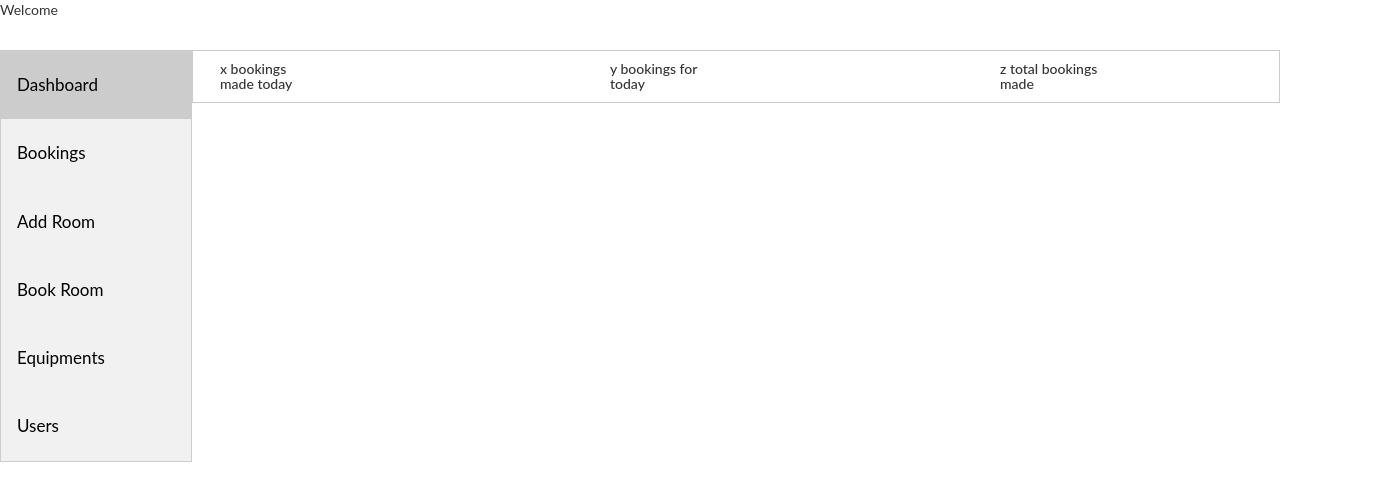
Repository: abhi608/visa_tutorial
Page: meetingroomapp/src/main/resources/static/dashboardView.html
These files come from the project's save history. The page is drawn as it stood at one moment and after the next save; the edit follows.
The browser window is 1280 px wide. The page is 1375 px wide, so the pictures cover 1375 px, including what lies to the right of the window. The pictures show the whole page.

Above is the page before, as saved 2018-08-07 07:42:30.

After the next save:
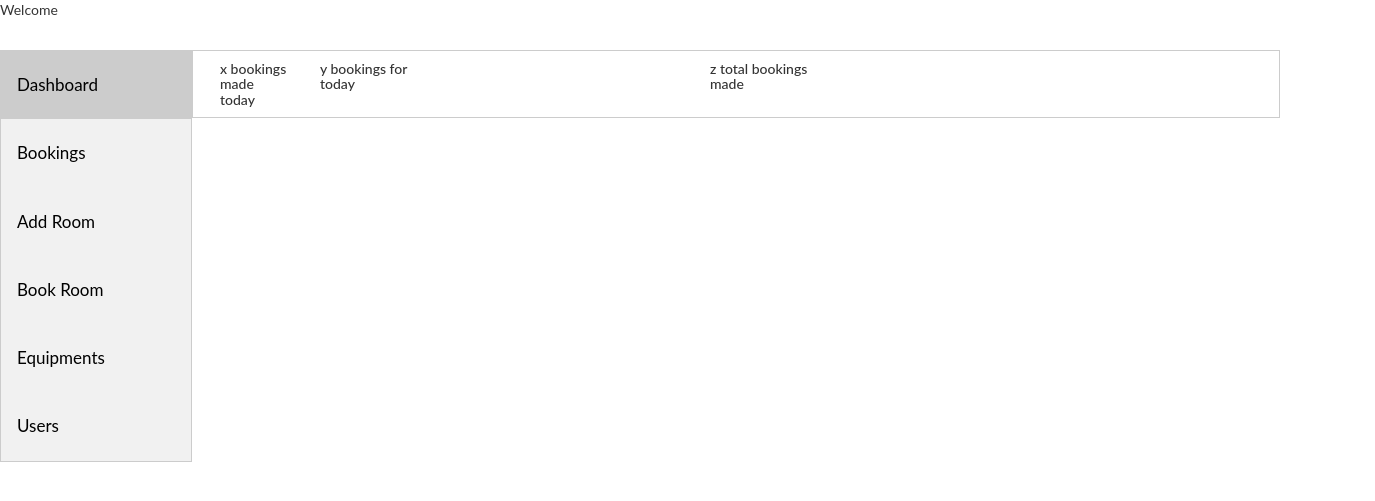
Saved 77 s later.
--- a/meetingroomapp/src/main/resources/static/dashboardView.html
+++ b/meetingroomapp/src/main/resources/static/dashboardView.html
@@ -76,13 +76,11 @@
 <div id="Dashboard" class="tabcontent">
   <div class="container">
 	  <div class="row">
-	    <div class="col-sm-4">
-	      <div class="card" style="width: 10rem;">
+	      <div class="card col-sm-4" style="width: 10rem;">
   			<div class="card-body">
     			<h5 class="card-title">x bookings made today</h5>
   			</div>
 		  </div>
-	    </div>
 	    <div class="col-sm-4">
 	      <div class="card" style="width: 10rem;">
   			<div class="card-body">

After the save that followed:
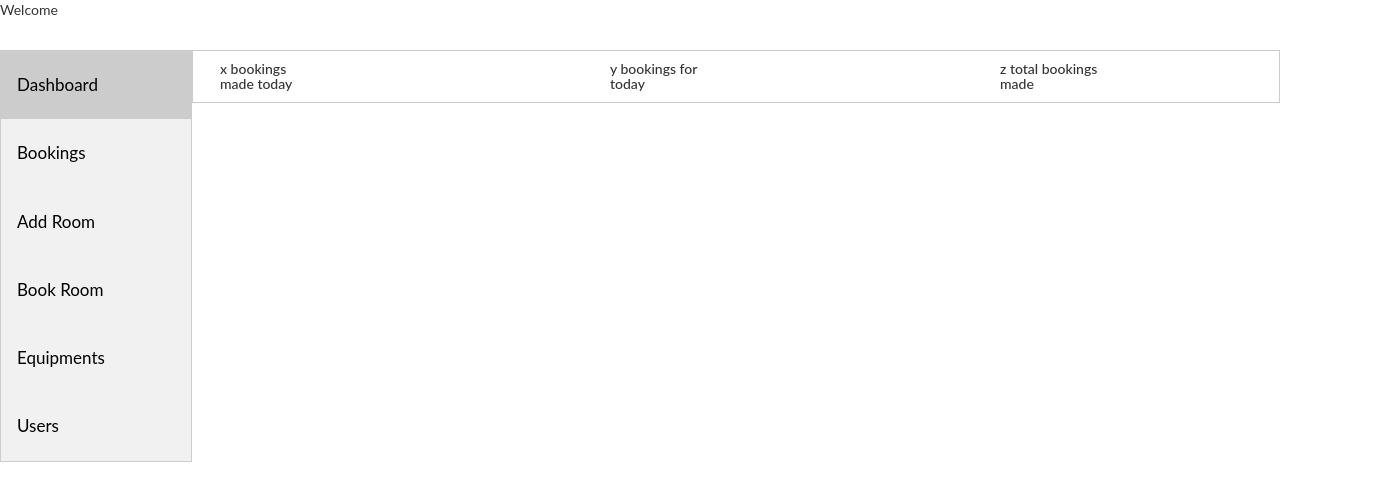
Saved 52 s later.
--- a/meetingroomapp/src/main/resources/static/dashboardView.html
+++ b/meetingroomapp/src/main/resources/static/dashboardView.html
@@ -76,11 +76,13 @@
 <div id="Dashboard" class="tabcontent">
   <div class="container">
 	  <div class="row">
-	      <div class="card col-sm-4" style="width: 10rem;">
+	    <div class="col-sm-4">
+	      <div class="card" style="width: 10rem;">
   			<div class="card-body">
     			<h5 class="card-title">x bookings made today</h5>
   			</div>
 		  </div>
+	    </div>
 	    <div class="col-sm-4">
 	      <div class="card" style="width: 10rem;">
   			<div class="card-body">
